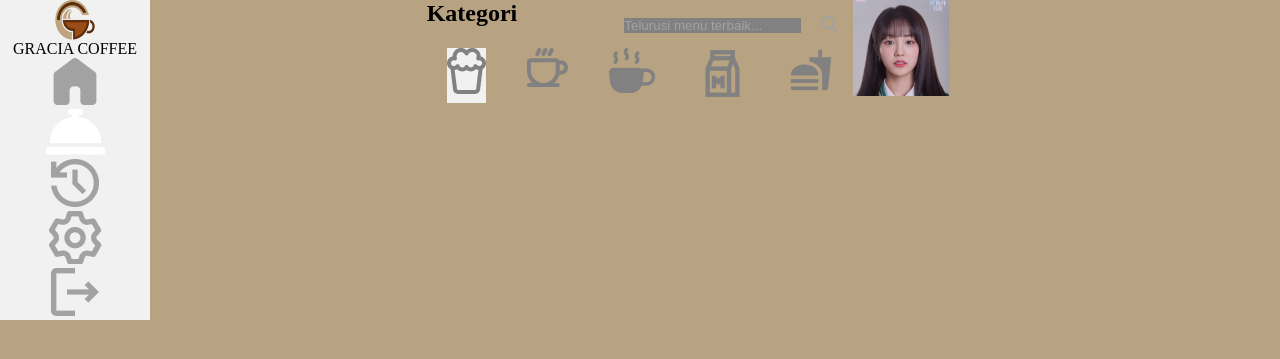
Repository: DanielChuaaa/sbd2
Page: index.html
The author's editor kept a copy of each file at every save. The page is drawn from the files as they stood at one save, then again after the next save.
The browser window is 1280 px wide. The pictures show the whole page.
Some web libraries are served in a nearby version.

Above is the page before, as saved 2023-10-20 10:34:52.

After the next save:
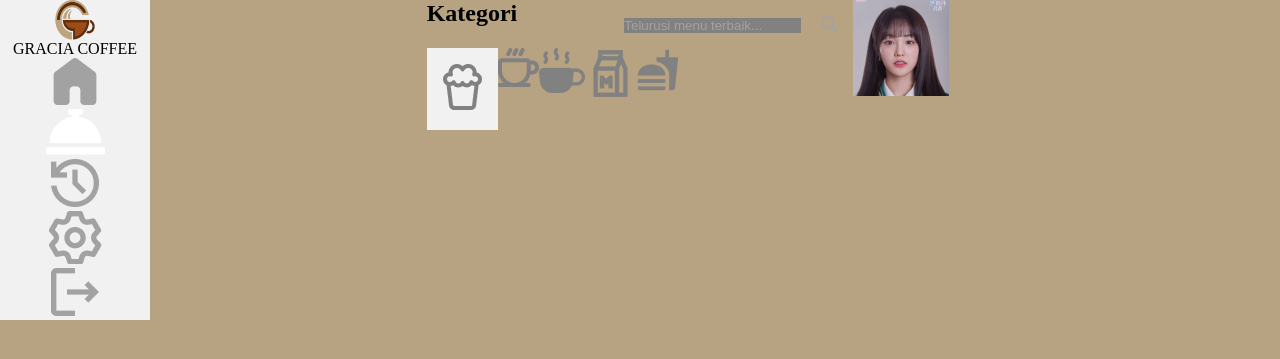
Saved 11 s later.
--- a/style.css
+++ b/style.css
@@ -65,9 +65,11 @@ body{
 
 .menu{
     display: flex;
-    justify-content: space-around;
+    justify-content: space-arounde;
 }
 
 .iconMenu1{
     background: var(--clr-neutral-500);
+
+    padding: 1rem;
 }
